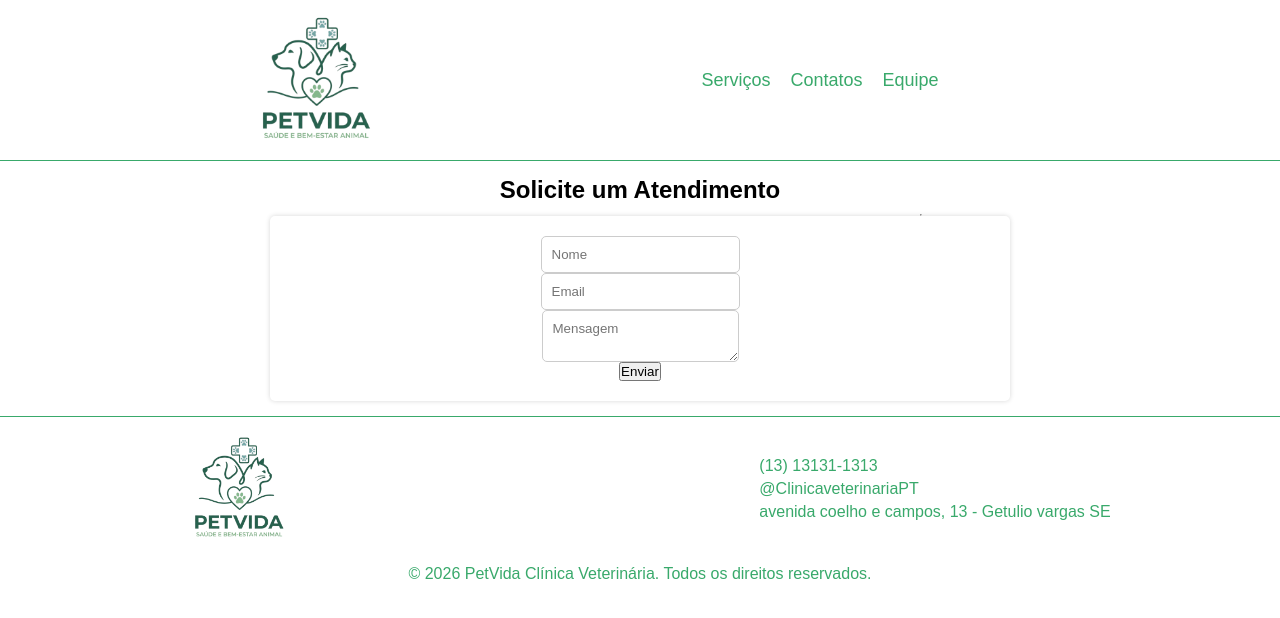
Repository: antonymsantana-design/Veterinario
Page: contatos.html
These files come from the project's save history. The page is drawn as it stood at one moment and after the next save; the edit follows.
The browser window is 1280 px wide. The pictures show the whole page.

Above is the page before, as saved 2026-10-03 19:47:36.

After the next save:
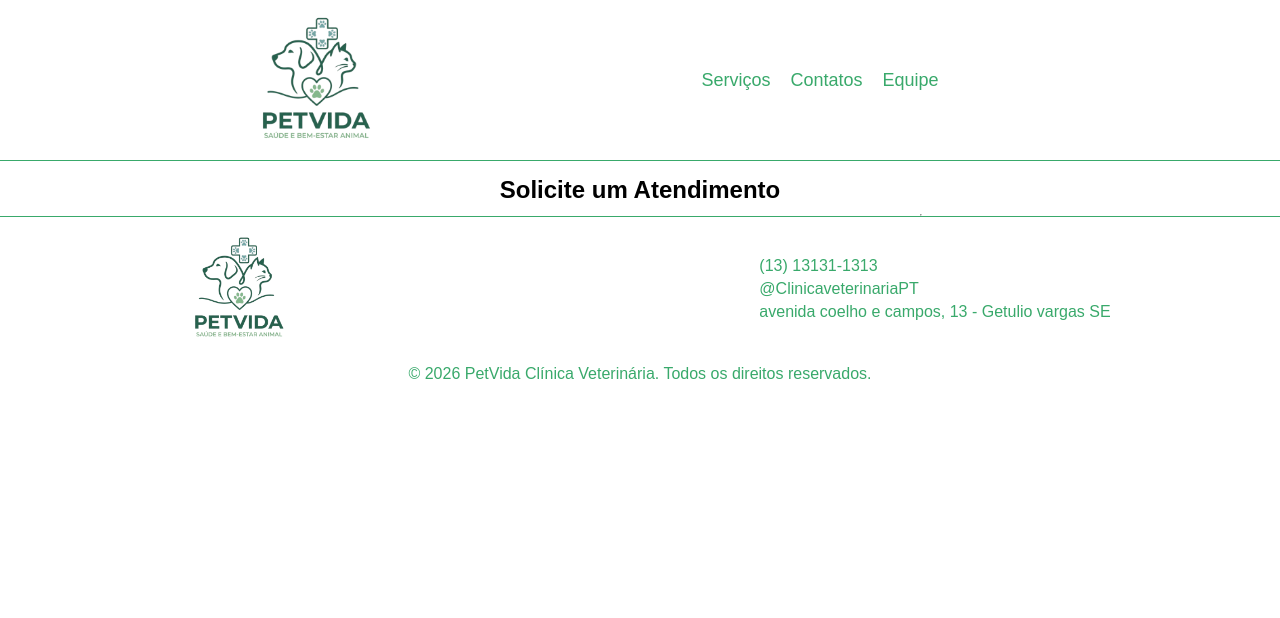
Saved 2 min 0 s later.
--- a/contatos.html
+++ b/contatos.html
@@ -131,17 +131,7 @@
         Após o envio, sua solicitação será encaminhada para a equipe da PetVida.
       </p>
     </form> -->
-    <form action="https://formsubmit.co/antonymsantana@gmail.com" method="POST">
 
-    <input type="text" name="nome" placeholder="Nome" required>
-
-    <input type="email" name="email" placeholder="Email" required>
-
-    <textarea name="mensagem" placeholder="Mensagem"></textarea>
-
-    <button type="submit">Enviar</button>
-
-</form>
     </div>
   </body>
   <footer id="footer">
